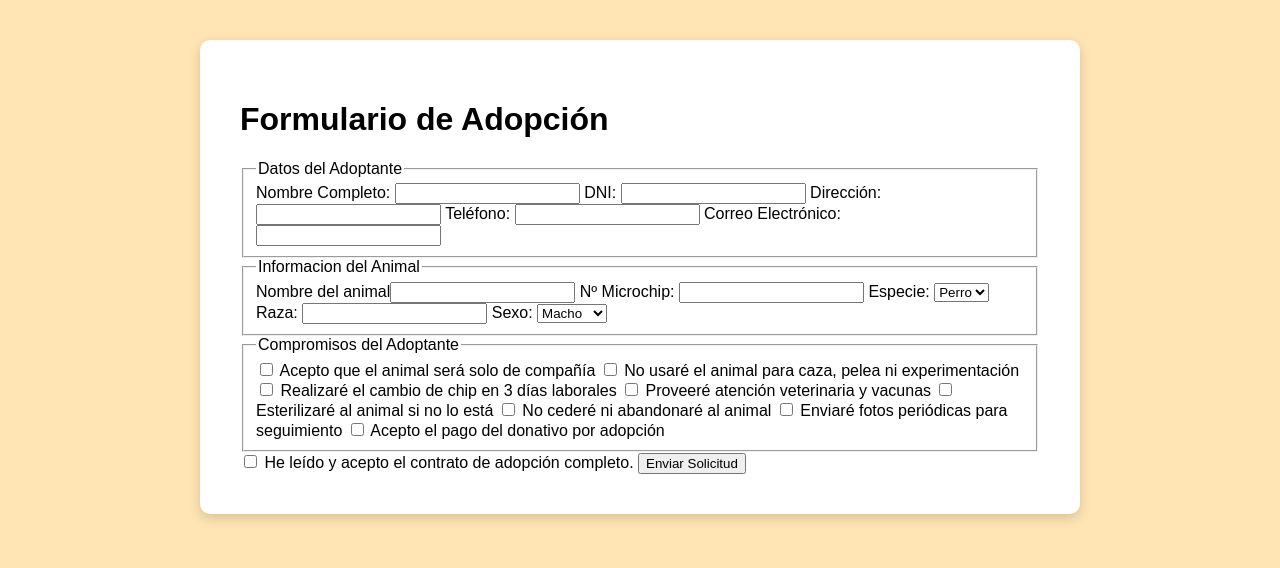
Repository: adriarodrisan/PetLover
Page: Paginas_web/contrato_adopcion.html
These files come from the project's save history. The page is drawn as it stood at one moment and after the next save; the edit follows.
The browser window is 1280 px wide. The pictures show the whole page.

Above is the page before, as saved 2025-04-01 10:50:42.

After the next save:
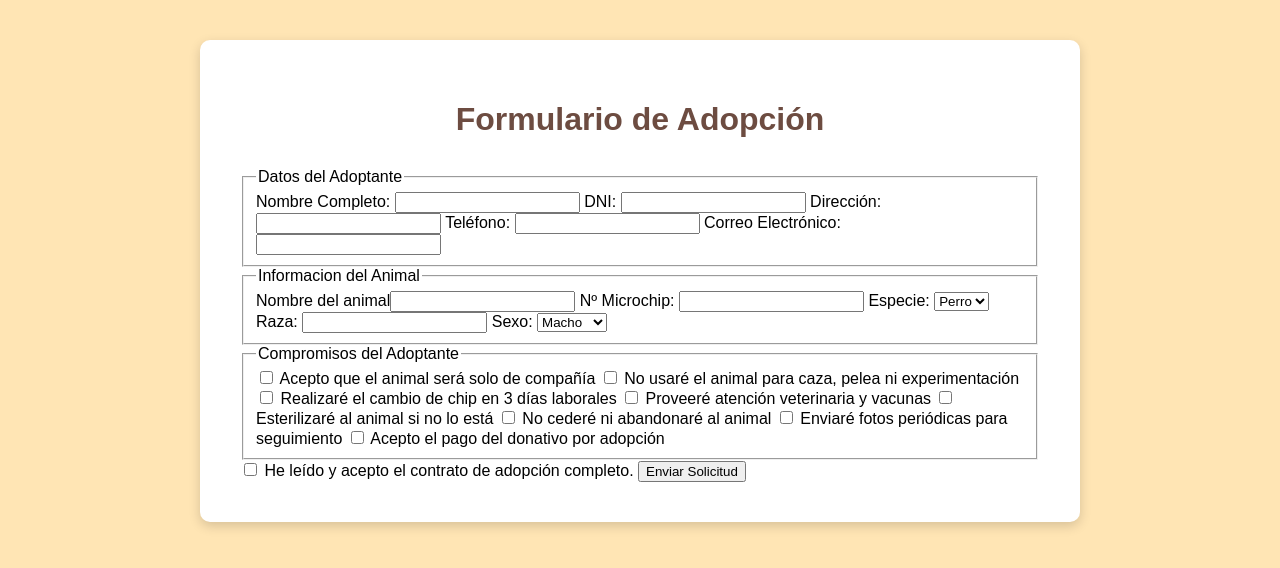
Saved 53 s later.
--- a/Css_Paginas/contrato_adopcion.css
+++ b/Css_Paginas/contrato_adopcion.css
@@ -17,3 +17,8 @@
     width: 100%;
     box-shadow: 0 4px 12px rgba(0, 0, 0, 0.16);
   }
+  h1 {
+    text-align: center;
+    color: #6d4c41;
+    margin-bottom: 30px;
+  }
